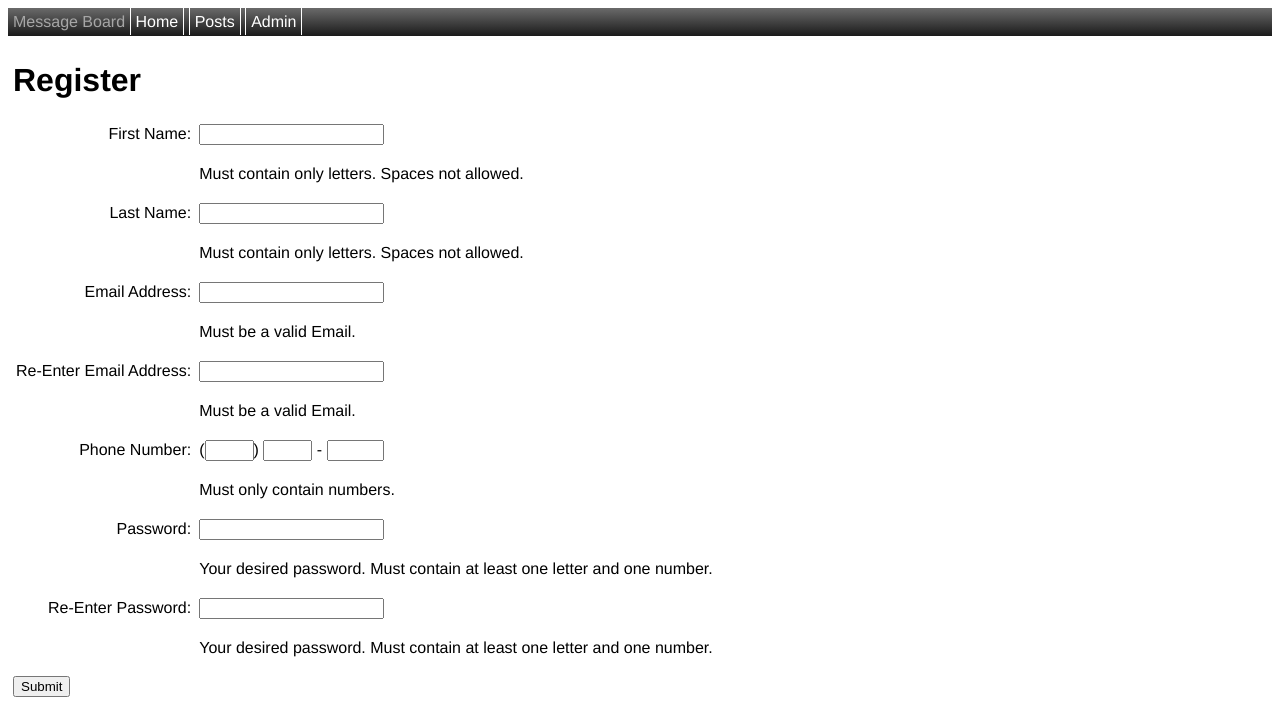
Repository: JesseFo/Whitespace
Page: whitespace/WebContent/WEB-INF/register.html
These files come from the project's save history. The page is drawn as it stood at one moment and after the next save; the edit follows.
The browser window is 1280 px wide. The pictures show the whole page.

Above is the page before, as saved 2015-10-15 08:27:02.

After the next save:
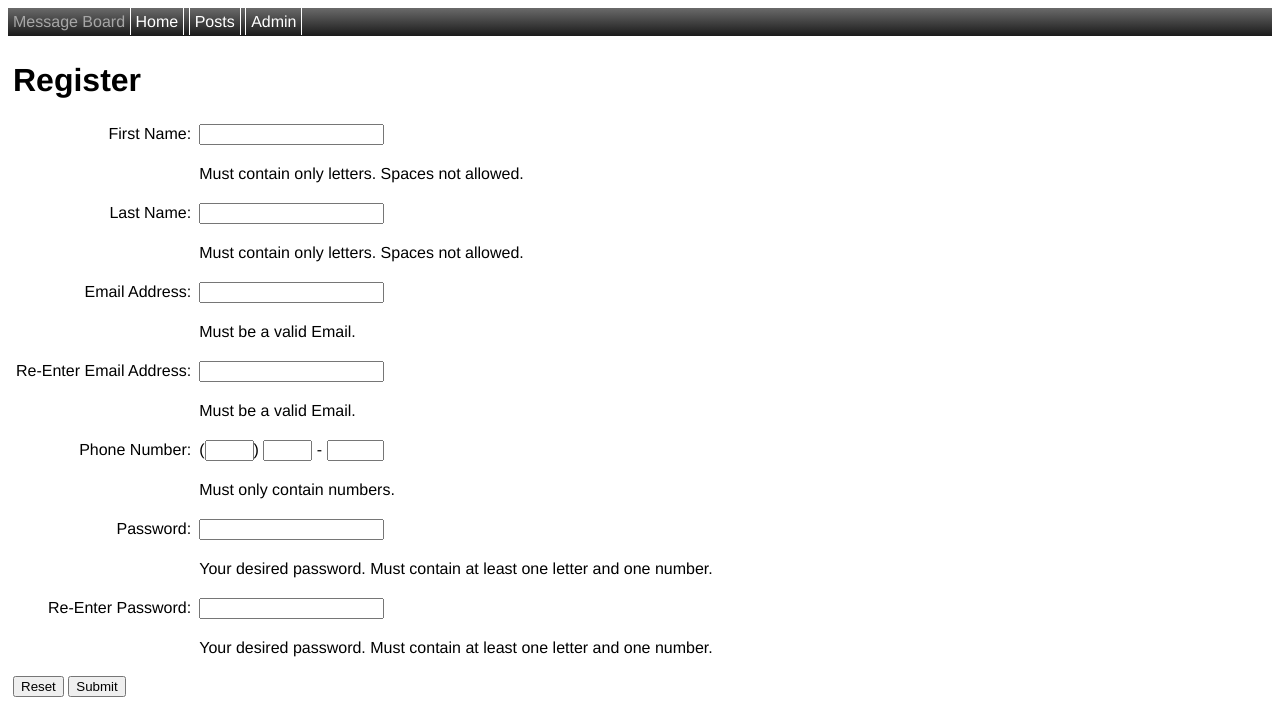
Saved 47 s later.
--- a/whitespace/WebContent/WEB-INF/register.html
+++ b/whitespace/WebContent/WEB-INF/register.html
@@ -81,6 +81,7 @@
 							<td><p>Your desired password. Must contain at least one letter and one number.</p></td>
 						</tr>
 					</table>
+					<input type="reset" value="Reset"/>
 					<input type="submit" value="Submit"/>
 				</form>
 			</div>
